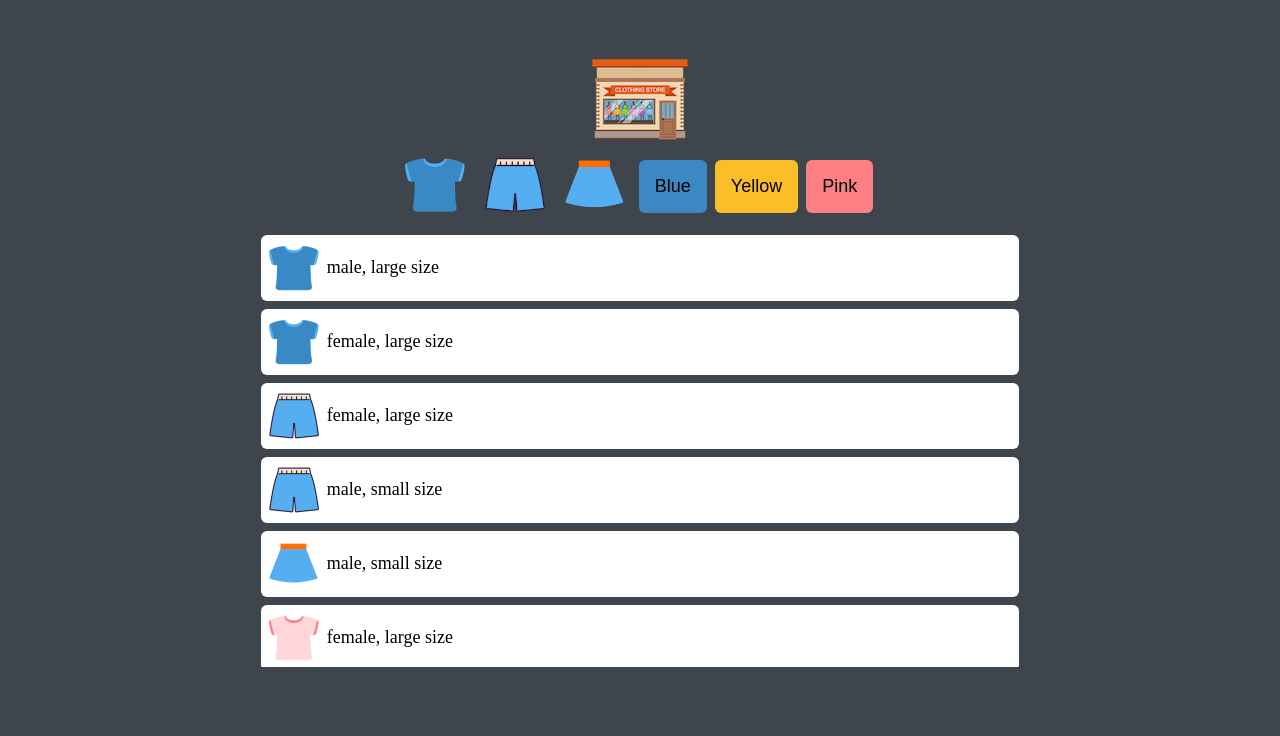
Repository: keehoonjung/Shoppingmall-Game
Page: index.html
The author's editor kept a copy of each file at every save. The page is drawn from the files as they stood at one save, then again after a run of saves.
The browser window is 1280 px wide. The pictures show the whole page.
An inner scrolling area shows only its first screen.

Above is the page before, as saved 2021-08-12 20:23:01.

### index.html
<!DOCTYPE html>
<html lang="en">
<head>
    <meta charset="UTF-8">
    <meta http-equiv="X-UA-Compatible" content="IE=edge">
    <meta name="viewport" content="width=device-width, initial-scale=1.0">
    <title>Shoppingamll Game</title>
    <link rel="stylesheet" href="style.css">
    <script src="main.js" defer></script>
</head>
<body>
    <!-- Logo -->
    <img src="./img/logo.png" alt="header" class="logo" />

    <!-- buttons -->
    <section class="buttons">
        <button class="button">
            <img src="./img/blue_t.png" alt="shirt" class="imgBtn">
        </button>
        <button class="button">
            <img src="./img/blue_p.png" alt="pants" class="imgBtn">
        </button>
        <button class="button">
            <img src="./img/blue_s.png" alt="" class="imgBtn">
        </button>
        <button class="button colorBtn blue">
            Blue
        </button>
        <button class="button colorBtn yellow">
            Yellow
        </button>
        <button class="button colorBtn pink">
            Pink
        </button>
    </section>

    <!-- items -->
    <ul class="items">
        <li class="item" data-type="shirt" data-color="blue">
            <img src="./img/blue_t.png" alt="blueshirt" class="item__thumbnail">
            <span class="item__description">male, large size</span>
        </li>
    </ul>
</body>
</html>

### style.css
:root {
  /* color */
  --color-white: #ffffff;
  --color-dark-grey: #3f454d;
  --color-blue: #3b88c3;
  --color-orange: #fbbe28;
  --color-pink: #fd7f84;

  /* size */
  --size-button: 60px;
  --size-thumbnail: 50px;
  --font-size: 18px;
  --base-space: 8px;
  --border-size: 6px;

  /* animatione */
  --animation-duration: 300ms;
}

body {
  height: 100vh;
  background-color: var(--color-dark-grey);
  display: flex;
  flex-direction: column;
  justify-content: center;
  align-items: center;
}

.logo {
  cursor: pointer;
  transition: transform var(--animation-duration) ease-in;
}

.buttons {
  display: flex;
  align-items: center;
  justify-content: center;
}

.button {
  outline: none;
  border: none;
  background-color: transparent;
  margin-right: var(--base-space);
  border-radius: var(--border-size);
  cursor: pointer;
  transition: transform var(--animation-duration) ease-in;
}

.header__logo:hover,
.button:hover {
  transform: scale(1.1);
}

.imgBtn {
  width: var(--size-button);
}

.colorBtn {
  font-size: var(--font-size);
  padding: calc(var(--base-space) * 2);
}

.blue {
  background-color: var(--color-blue);
}

.yellow {
  background-color: var(--color-orange);
}

.pink {
  background-color: var(--color-pink);
}

.items {
  overflow-y: auto;
  width: 60%;
  height: 60%;
  padding-left: 0;
  list-style: none;
}

.item {
  background-color: var(--color-white);
  display: flex;
  align-items: center;
  margin-bottom: var(--base-space);
  border-radius: var(--border-size);
  padding: var(--base-space);
}

.item__thumbnail {
  width: var(--size-thumbnail);
  height: var(--size-thumbnail);
}

.item__description {
  margin-left: var(--base-space);
  font-size: var(--font-size);
}

### main.js
"use strtict";

const itemList = document.querySelector(".items");

function loadItems() {
  return fetch("./data/data.json") //
    .then((response) => response.json())
    .then((json) => json.items);
}

function displayItems(items) {
  items.forEach((item) => {
    const list = document.createElement("li");
    list.setAttribute("class", "item");
    list.innerHTML = `
        <img src=${item.img} alt="blueshirt" class="item__thumbnail">
        <span class="item__description">${item.gender}, ${item.size} size</span>
        `;
    itemList.appendChild(list);
  });
}

// main()
loadItems() //
  .then((items) => {
    displayItems(items);
  })
  .catch(console.log);

### data/data.json
{
    "items" : [
        {
            "type": "tshirt",
            "color" : "blue",
            "size" : "large",
            "gender" : "female",
            "img" : "./img/blue_t.png"
        },
        {
            "type": "pants",
            "color" : "blue",
            "size" : "large",
            "gender" : "female",
            "img" : "./img/blue_p.png"
        },
        {
            "type": "pants",
            "color" : "blue",
            "size" : "small",
            "gender" : "male",
            "img" : "./img/blue_p.png"
        },
        {
            "type": "skirt",
            "color" : "blue",
            "size" : "small",
            "gender" : "male",
            "img" : "./img/blue_s.png"
        },
        {
            "type": "tshirt",
            "color" : "pink",
            "size" : "large",
            "gender" : "female",
            "img" : "./img/pink_t.png"
        },
        {
            "type": "pants",
            "color" : "pink",
            "size" : "small",
            "gender" : "male",
            "img" : "./img/pink_p.png"
        },
        {
            "type": "pants",
            "color" : "pink",
            "size" : "large",
            "gender" : "female",
            "img" : "./img/pink_p.png"
        },
        {
            "type": "skirt",
            "color" : "pink",
            "size" : "small",
            "gender" : "male",
            "img" : "./img/pink_s.png"
        },
        {
            "type": "tshirt",
            "color" : "yellow",
            "size" : "large",
            "gender" : "female",
            "img" : "./img/yellow_t.png"
        },
        {
            "type": "pants",
            "color" : "yellow",
            "size" : "small",
            "gender" : "male",
            "img" : "./img/yellow_p.png"
        },
        {
            "type": "pants",
            "color" : "yellow",
            "size" : "large",
            "gender" : "female",
            "img" : "./img/yellow_p.png"
        },
        {
            "type": "skirt",
            "color" : "yellow",
            "size" : "small",
            "gender" : "male",
            "img" : "./img/yellow_s.png"
        }
    ]
}

After the next 2 saves:
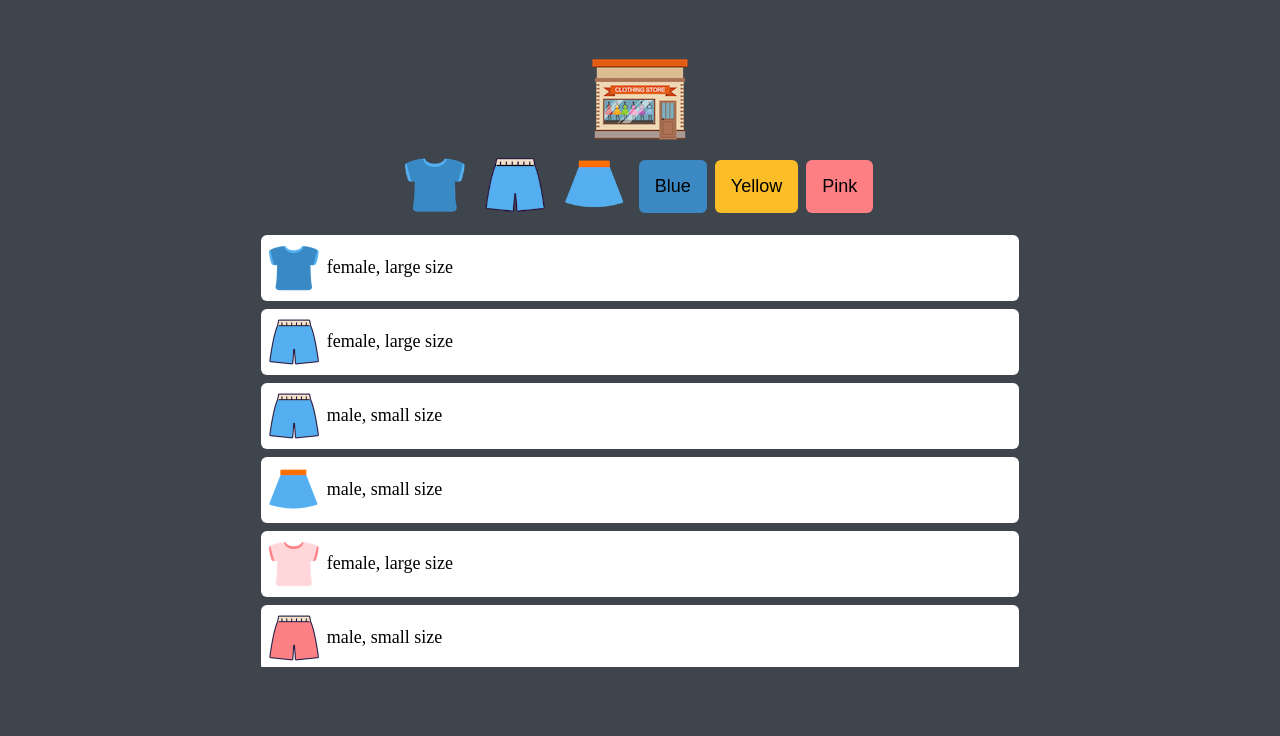
The 2 saves are shown as one change because they came seconds apart.
The last was saved 41 s later.
--- a/index.html
+++ b/index.html
@@ -35,11 +35,6 @@
     </section>
 
     <!-- items -->
-    <ul class="items">
-        <li class="item" data-type="shirt" data-color="blue">
-            <img src="./img/blue_t.png" alt="blueshirt" class="item__thumbnail">
-            <span class="item__description">male, large size</span>
-        </li>
-    </ul>
+    <ul class="items"></ul>
 </body>
 </html>
